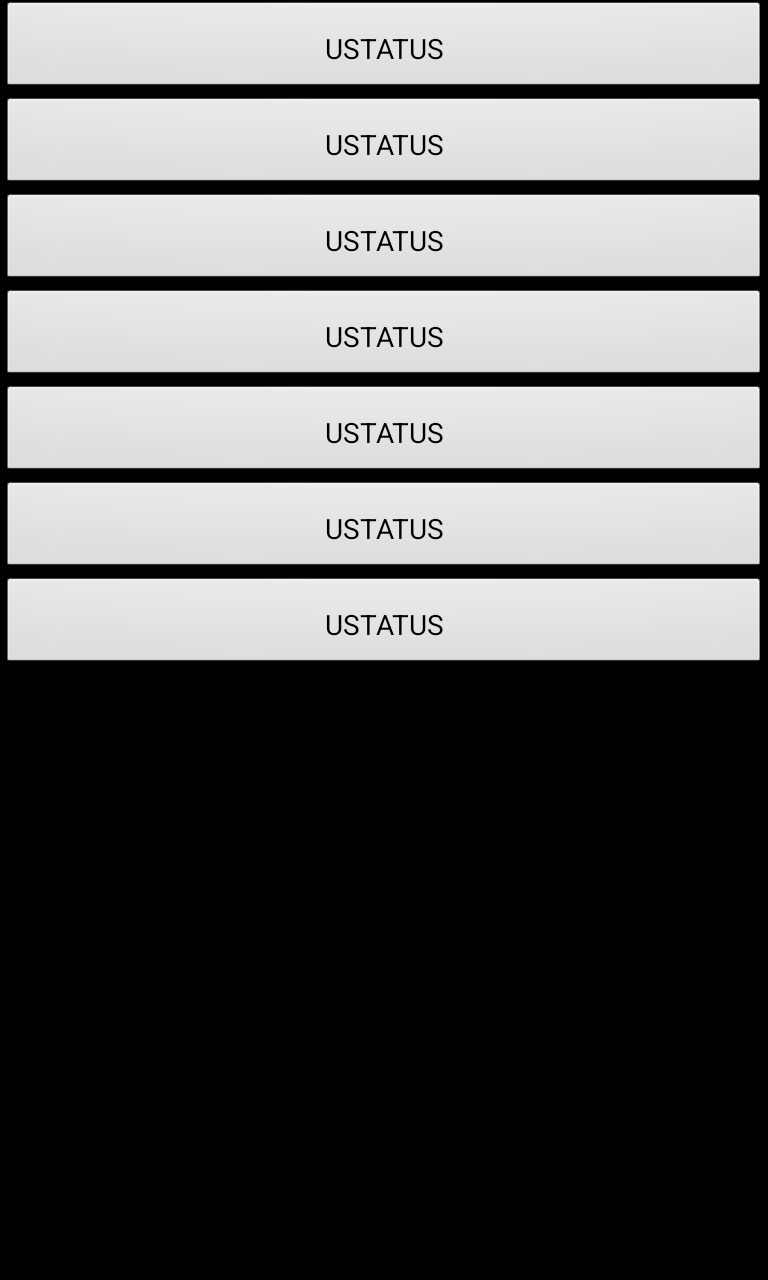
Repository: sergioenriquez/CSTE
Layout: HNAD/res/layout/devcmdtab.xml
The author's editor kept a copy of each file at every save. The layout is drawn from the files as they stood at one save, then again after a run of saves.
It is drawn on a 768 x 1280 px phone screen (xhdpi) without system bars, with theme android:Theme.NoTitleBar; the app's code is not run.

Above is the layout before, as saved 2011-12-19 06:47:33.

After the next 2 saves:
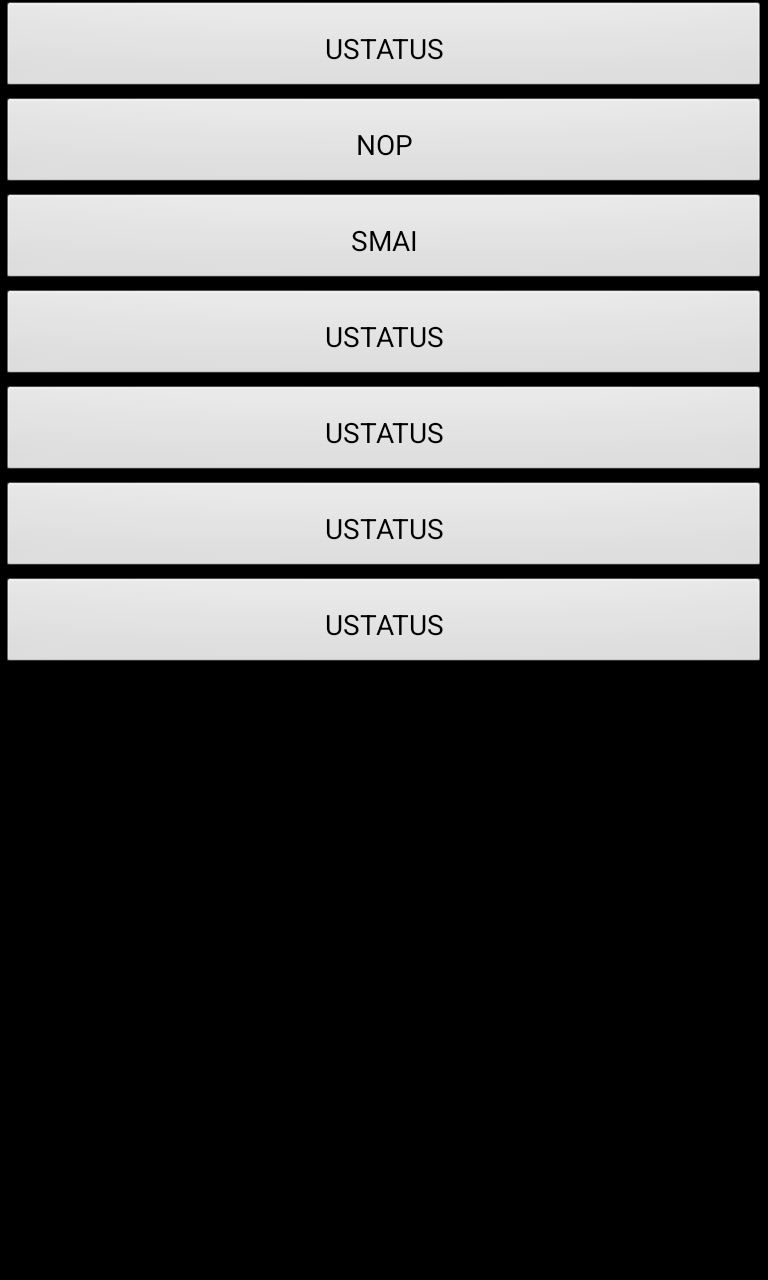
The 2 saves are shown as one change because they came seconds apart.
The last was saved 13 s later.
--- a/HNAD/res/layout/devcmdtab.xml
+++ b/HNAD/res/layout/devcmdtab.xml
@@ -12,14 +12,14 @@
        android:padding="12dp"
        android:gravity="center" />
     <Button
-       android:text="USTATUS"
+       android:text="NOP"
        android:layout_height="wrap_content"
        android:layout_width="match_parent"
        android:layout_gravity="right"
        android:padding="12dp"
        android:gravity="center" />
     <Button
-       android:text="USTATUS"
+       android:text="SMAI"
        android:layout_height="wrap_content"
        android:layout_width="match_parent"
        android:layout_gravity="right"
